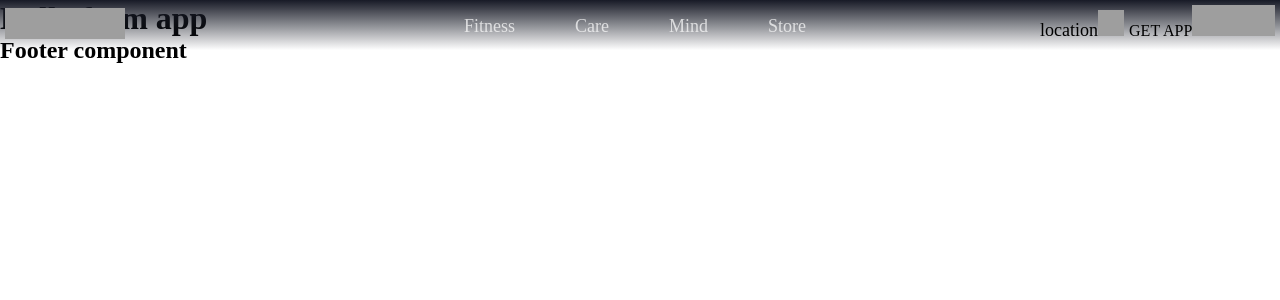
Repository: 1sanjeetsharma/cult-fit-clone
Page: /
The author's editor kept a copy of each file at every save. The page is drawn from the files as they stood at one save, then again after the next save.
The browser window is 1280 px wide. The pictures show the whole page.
Pictures or frames that could not be fetched are drawn as grey boxes. Some web fonts or font styles are not loaded; a fallback is used. The project was rebuilt for these pictures with package versions that can differ from the ones it lists, and the page was loaded fresh each time. Also part of the build but not shown: vite.config.js.

Above is the page before, as saved 2023-07-25 11:16:29.

### src/App.jsx
import LandingPage from "./components/landingPage/LandingPage";
function App() {
  return (
    <>
      <h1>Hello from app</h1>
      <LandingPage />
    </>
  );
}

export default App;

### src/components/landingPage/LandingPage.jsx
import Body from "../body/body";
// import Header from "../body/header/Header";
const LandingPage = () => {
	return (
		<>
			<Body></Body>
		</>
	);
};
export default LandingPage;

### src/components/body/body.jsx
import Header from "./header/Header";
import Footer from "./footer/Footer";
import "./body.css";
const Body = () => {
	console.log("hello from body");
	return (
		<>
			<Header />

			<Footer />
		</>
	);
};
export default Body;

### src/components/body/header/Header.jsx
import Navbar from "../Navbar/Navbar";
const Header = () => {
	return (
		<>
			<Navbar />
		</>
	);
};
export default Header;

### src/components/body/footer/Footer.jsx
const Footer = () => {
  return (
    <>
      <h2>Footer component</h2>
    </>
  );
};
export default Footer;

### src/components/body/body.css
/*
//not working these font  */
@font-face {
	font-family: inter-bold;
	src: url("https://fonts.googleapis.com/css2?family=Inter:wght@700&display=swap");
}
@font-face {
	font-family: helvetica-neue;
	src: url("https://fonts.cdnfonts.com/css/helvetica-neue-5");
}
body {
	font-family: inter-bold, helvetica-neue;
}

### src/components/body/Navbar/Navbar.jsx
import "./navbar.css";
const Navbar = () => {
	return (
		<>
			<div className="Nav-container">
				<nav>
					<a href="javascript:viod(0)">
						<img
							className="logo"
							height={"31px"}
							width={"120px"}
							src="https://cdn-images.cure.fit/www-curefit-com/image/upload/c_fill,w_120,q_auto:eco,dpr_2,f_auto,fl_progressive//image/test/brand-logo/vman-and-white-cult-text.png"
							alt="logo"
						/>
					</a>
					<div className="tabs">
						<a href="javascript:void(0)">Fitness</a>
						<a href="javascript:void(0)">Care</a>
						<a href="javascript:void(0)">Mind</a>
						<a href="javascript:void(0)">Store</a>
					</div>
					<div>
						<button className="location">
							location
							<img
								src="https://cdn-images.cure.fit/www-curefit-com/image/upload/c_fill,w_26,q_auto:eco,dpr_2,f_auto,fl_progressive/image/test/header/location.png"
								width={"26px"}
								height={"26px"}
								loading="lazy"
								alt="location"
							/>
						</button>
						<button className="get-app">GET APP</button>

						<button className="avatar">
							<img
								className="btn-img"
								src="https://cdn-images.cure.fit/www-curefit-com/image/upload/c_fill,w_26,q_auto:eco,dpr_2,f_auto,fl_progressive/image/test/header/Profile.png"
								alt="profile picture"
							/>
						</button>
						<button className="cart">
							<img
								className="btn-img"
								src="https://cdn-images.cure.fit/www-curefit-com/image/upload/c_fill,q_auto:eco,dpr_2,f_auto,fl_progressive//image/test/cart-dark-theme.svg"
								alt="cart"
							/>
						</button>
					</div>
				</nav>
			</div>
		</>
	);
};
export default Navbar;

### src/components/body/Navbar/navbar.css
* {
	margin: 0px;
	padding: 0px;
	box-sizing: border-box;
}
a {
	text-decoration: none;
	cursor: pointer;
}
.Nav-container {
	position: fixed;
	/* display: flexbox; */
	top: 0px;
	/* height: 60px; */
	width: 100%;

	/* align-content: center; */
	/* text-align: center; */
	/* background-color: #00000077; */
	box-sizing: border-box;
	/* z-index: 2; */
}

.logo,
.btn-img {
	height: 31px;
}
nav {
	display: flex;
	height: 50px;
	padding: 5px;
	flex-flow: row wrap;
	align-items: center;
	justify-content: space-between;
	background-image: linear-gradient(
		to bottom,
		#171a26,
		rgba(23, 26, 38, 0.0001)
	);
}
.tabs {
	/* color: #fff; */
	display: flex;
	flex-direction: row;
	justify-content: spae-between;
	margin-left: 110px;
}
.tabs > a {
	height: 100%;
	color: #fff;
	transition: all 150ms ease;
	opacity: 70%;
	padding: 0 30px;
	line-height: 22px;
	font-size: 18px;
}
.location {
	background: transparent;
	/* outline: none; */
	/* box-shadow: none; */
	font-size: 18px;

	margin: 5px;
}
button {
	all: unset;
	cursor: pointer;
	/* text-align: center; */
	margin: auto;
}

button:focus {
	outline: revert;
}

Loaded but not shown: index.html (common file); src/main.jsx (common file)

After the next save:
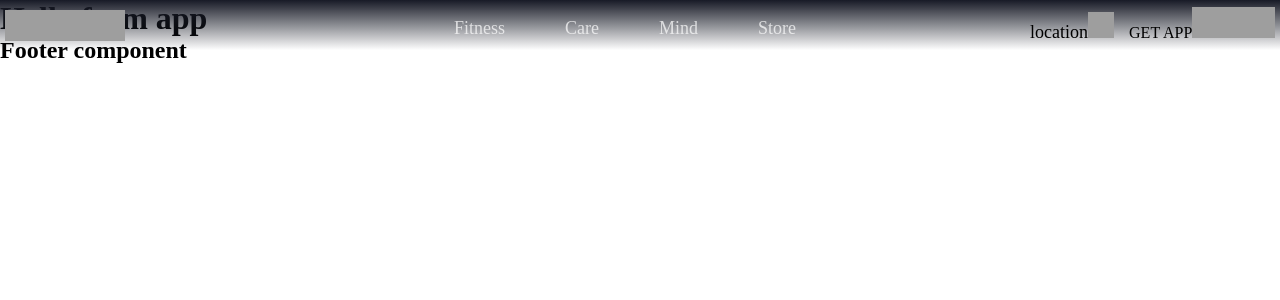
Saved 61 s later.
--- a/src/components/body/Navbar/navbar.css
+++ b/src/components/body/Navbar/navbar.css
@@ -60,7 +60,7 @@ nav {
 	/* box-shadow: none; */
 	font-size: 18px;
 
-	margin: 5px;
+	padding: 7px 15px;
 }
 button {
 	all: unset;
